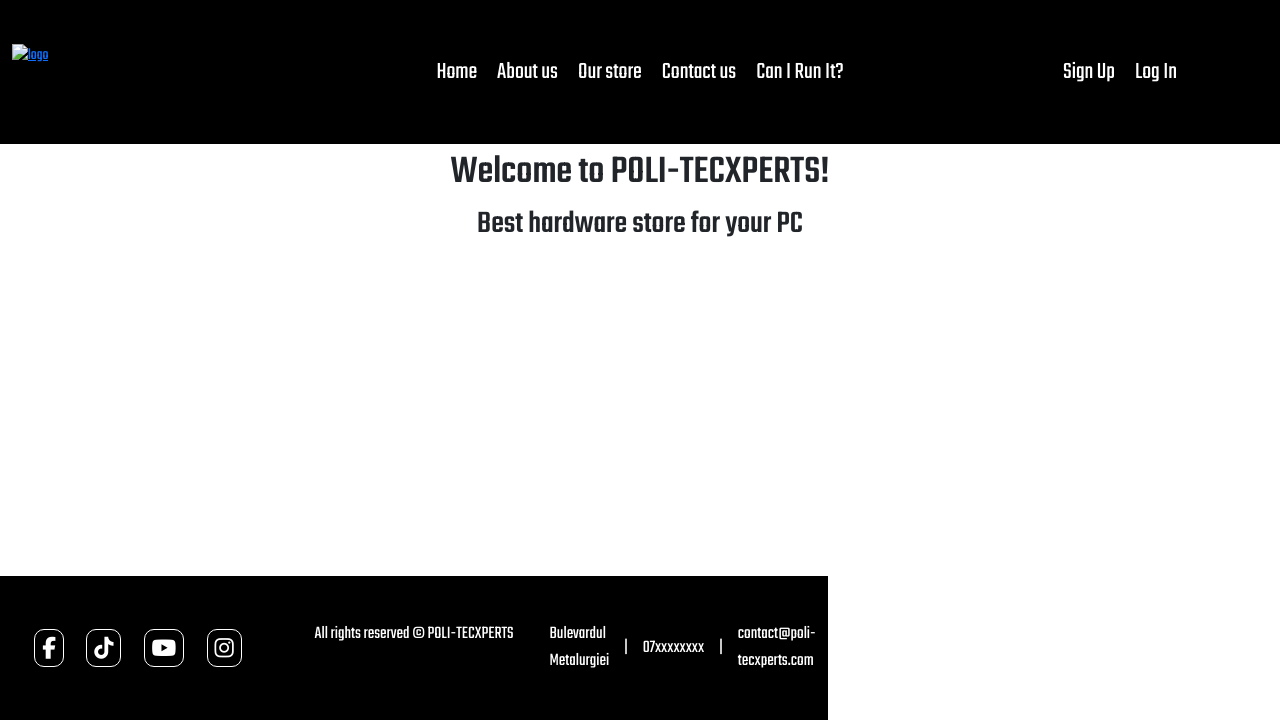
Repository: cristibtz/POLI_TECXPERTS
Page: index.html
The author's editor kept a copy of each file at every save. The page is drawn from the files as they stood at one save, then again after the next save.
The browser window is 1280 px wide. The pictures show the whole page.

Above is the page before, as saved 2024-04-27 17:49:18.

After the next save:
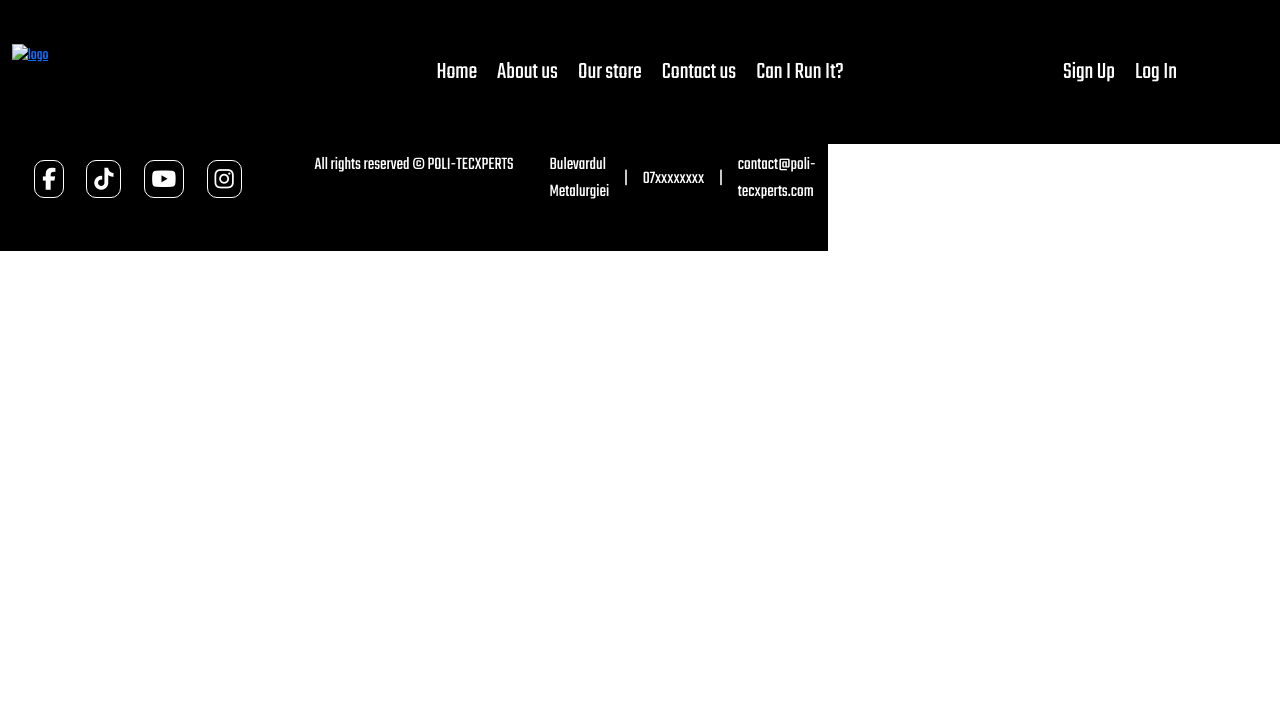
Saved 49 s later.
--- a/css/default.css
+++ b/css/default.css
@@ -7,7 +7,7 @@
 }
 
 body {
-    height: 100vh;
+    position: relative;
     font-family: Teko, Inter;
 }
 

After the save that followed:
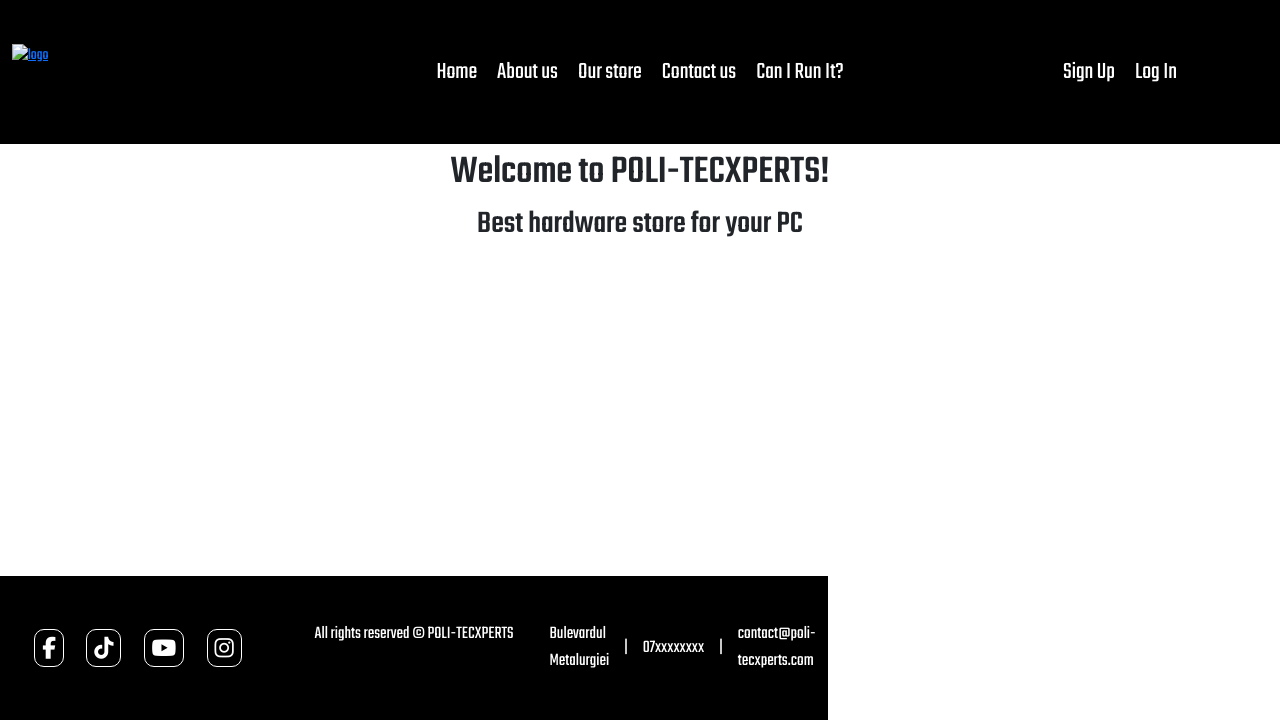
Saved 30 s later.
--- a/css/default.css
+++ b/css/default.css
@@ -8,6 +8,7 @@
 
 body {
     position: relative;
+    min-height: 100vh;
     font-family: Teko, Inter;
 }
 
